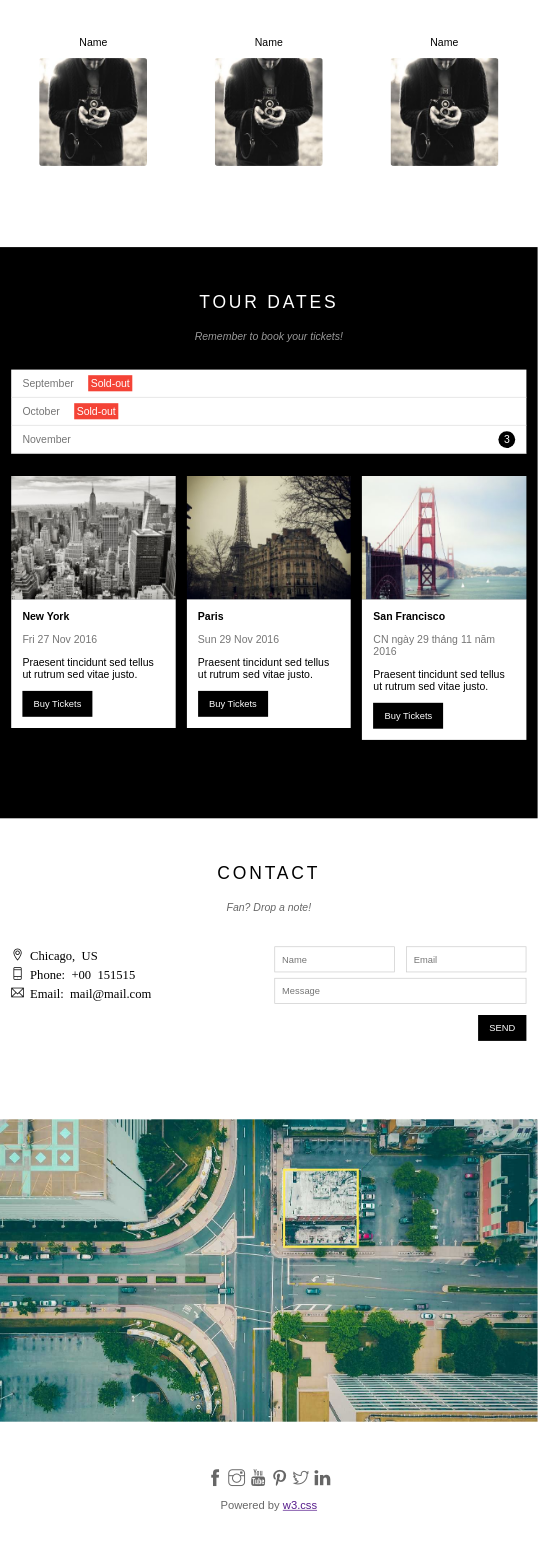
Repository: BillLee2000/w3-band
Page: index.html
The author's editor kept a copy of each file at every save. The page is drawn from the files as they stood at one save, then again after the next save.
The browser window is 768 px wide. The pictures show the part of the page from y = 760 to 3000 px (the page is 2984 px tall before and 3000 px after), at 70% of full size.

Above is the page before, as saved 2021-12-17 06:40:47.

### index.html
<!DOCTYPE html>
<html lang="en">

<head>
    <meta charset="UTF-8">
    <meta http-equiv="X-UA-Compatible" content="IE=edge">
    <meta name="viewport" content="width=device-width, initial-scale=1.0">
    <link rel="icon" href="./assets/favicon/download.jpg" type="image/x-icon" />
    <link rel="stylesheet" href="./assets/css/styles.css">
    <link rel="stylesheet" href="./assets/css/responsive.css">
    <link rel="stylesheet" href="./assets/fonts/themify-icons/themify-icons.css">
    <title>The band</title>
</head>

<body>
    <div id="main">
        <div id="header">
            <ul id="nav">
                <!-- ul#nav>li*5>a -->
                <li><a href="#">Home</a></li>
                <li><a href="#band">Band</a></li>
                <li><a href="#tour">Tour</a></li>
                <li><a href="#contact">Contact</a></li>
                <li>
                    <a href="#">
                        More
                        <i class="down ti-angle-down"></i>
                    </a>
                    <ul class="subnav">
                        <li><a href="#">Merchandise</a></li>
                        <li><a href="#">Extras</a></li>
                        <li><a href="#">Media</a></li>
                    </ul>
                </li>
            </ul>
            <div id="mobile-menu" class="mobile-menu-btn">
                <i class="menu-icon ti-menu"></i>
            </div>
            <div class="search-btn">
                <i class="search-icon ti-search"></i>
            </div>
        </div>
        <div id="slide">
            <div class="text-content">
                <h2 class="text-heading">
                    Chicago
                </h2>
                <div class="text-decsription">
                    Thank you, Chicago - A night we won't forget.
                </div>
            </div>
        </div>
        <div id="content">
            <div id="band" class="content-section">
                <h2 class="section-heading">
                    THE BAND
                </h2>
                <p class="section-sub-heading">
                    We love music
                </p>
                <p class="about-text">
                    We have created a fictional band website. Lorem ipsum dolor sit amet, consectetur adipiscing elit,
                    sed do eiusmod tempor incididunt ut labore et dolore magna aliqua. Ut enim ad minim veniam, quis
                    nostrud exercitation ullamco laboris nisi ut aliquip ex ea commodo consequat. Duis aute irure dolor
                    in reprehenderit in voluptate velit esse cillum dolore eu fugiat nulla pariatur. Excepteur sint
                    occaecat cupidatat non proident, sunt in culpa qui officia deserunt mollit anim id est laborum
                    consectetur adipiscing elit, sed do eiusmod tempor incididunt ut labore et dolore magna aliqua. Ut
                    enim ad minim veniam, quis nostrud exercitation ullamco laboris nisi ut aliquip ex ea commodo
                    consequat
                </p>
                <div class="row nembers-list">
                    <div class="col col-third s-col-full mt-32 text-center">
                        <p class="member-name">
                            Name
                        </p>
                        <img src="./assets/img/band/member1.jpg" alt="Name" class="member-img">
                    </div>
                    <div class="col col-third s-col-full mt-32 text-center">
                        <p class="member-name">
                            Name
                        </p>
                        <img src="./assets/img/band/member1.jpg" alt="Name" class="member-img">
                    </div>
                    <div class="col col-third s-col-full mt-32 text-center">
                        <p class="member-name">
                            Name
                        </p>
                        <img src="./assets/img/band/member1.jpg" alt="Name" class="member-img">
                    </div>
                    <div class="clear"></div>
                </div>
            </div>
            <div id="tour" class="tour-section">
                <div class="content-section">
                    <h2 class="section-heading text-white">
                        TOUR DATES
                    </h2>
                    <p class="section-sub-heading text-white">
                        Remember to book your tickets!
                    </p>
                    <ul class="stickets-list">
                        <li>September <span class="sold-out">Sold-out</span></li>
                        <li>October <span class="sold-out">Sold-out</span></li>
                        <li>November <span class="quantity">3</span></li>
                    </ul>
                    <div class="row places-list">
                        <div class="col col-third s-col-full mt-16">
                            <img src="./assets/img/places/place1.jpg" alt="New York" class="place-img">
                            <div class="place-content">
                                <h3 class="place-heading">
                                    New York
                                </h3>
                                <p class="place-time">
                                    Fri 27 Nov 2016
                                </p>
                                <p class="place-description">
                                    Praesent tincidunt sed tellus ut rutrum sed vitae justo.
                                </p>
                                <button class="btn js-buy-ticket s-full-with">Buy Tickets</button>
                            </div>
                        </div>
                        <div class="col col-third s-col-full mt-16">
                            <img src="./assets/img/places/place2.jpg" alt="New York" class="place-img">
                            <div class="place-content">
                                <h3 class="place-heading">
                                    Paris
                                </h3>
                                <p class="place-time">
                                    Sun 29 Nov 2016
                                </p>
                                <p class="place-description">
                                    Praesent tincidunt sed tellus ut rutrum sed vitae justo.
                                </p>
                                <button class="btn js-buy-ticket s-full-with">Buy Tickets</button>
                            </div>
                        </div>
                        <div class="col col-third s-col-full mt-16">
                            <img src="./assets/img/places/place3.jpg" alt="New York" class="place-img">
                            <div class="place-content">
                                <h3 class="place-heading">
                                    San Francisco
                                </h3>
                                <p class="place-time">
                                    CN ngày 29 tháng 11 năm 2016
                                </p>
                                <p class="place-description">
                                    Praesent tincidunt sed tellus ut rutrum sed vitae justo.
                                </p>
                                <button class="btn js-buy-ticket s-full-with">Buy Tickets</button>
                            </div>
                        </div>
                        <div class="clear"></div>
                    </div>
                </div>
            </div>
            <div id="contact" class="content-section">
                <h2 class="section-heading">
                    CONTACT
                </h2>
                <p class="section-sub-heading">
                    Fan? Drop a note!
                </p>
                <div class="row contact-content">
                    <div class="col col-half s-col-full contact-info">
                        <p><i class="ti-location-pin"> Chicago, US</i></p>
                        <p><i class="ti-mobile"> Phone: +00 151515</i></p>
                        <p><i class="ti-email"> Email: mail@mail.com</i></p>
                    </div>
                    <div class="col col-half s-col-full contact-form">
                        <form action="">
                            <div class="row">
                                <div class="col col-half s-col-full">
                                    <input placeholder="Name" type="text" name="" required id="" class="form-control">
                                </div>
                                <div class="col col-half s-col-full s-mt-8">
                                    <input placeholder="Email" type="email" name="" required id="" class="form-control">
                                </div>

                            </div>
                            <div class="row mt-8">
                                <div class="col col-full">
                                    <input placeholder="Message" type="text" name="" required id=""
                                        class="form-control">
                                </div>
                            </div>
                            <input class="btn mt-16 pull-right s-full-with " type="submit" value="SEND">
                        </form>
                    </div>
                </div>
            </div>
            <div class="map-section">
                <img src="./assets/img/map.jpg" alt="map">
            </div>

        </div>
        <div id="footer">
            <div class="social-list">
                <a href=""><i class="ti-facebook"></i></a>
                <a href=""><i class="ti-instagram"></i></a>
                <a href=""><i class="ti-youtube"></i></a>
                <a href=""><i class="ti-pinterest"></i></a>
                <a href=""><i class="ti-twitter"></i></a>
                <a href=""><i class="ti-linkedin"></i></a>
            </div>
            <p class="copyright">Powered by <a href="">w3.css</a></p>
        </div>
        <div class="modal js-modal">
            <div class="modal-container js-modal-container">
                <div class="modal-close js-modal-close">
                    <i class="ti-close"></i>
                </div>
                <header class="modal-header">
                    <i class="modal-heading-icon ti-bag"></i>
                    Tickets
                </header>
                <div class="modal-body">
                    <label for="tickets-quantity" class="modal-tickets">
                        <i class="ti-shopping-cart"></i>
                        Tickets, $15 per person
                    </label>
                    <input type="text" id="tickets-quantity" class="modal-input" placeholder="How many?">
                    <label for="tickets-email" class="modal-tickets">
                        <i class="ti-user"></i>
                        Send to
                    </label>
                    <input id="tickets-email" type="email" class="modal-input" placeholder="Enter email...">
                    <button id="buy-tickets">
                        Pay <i class="ti-check"></i>
                    </button>
                </div>
                <footer class="modal-footer">
                    <p class="modal-help">Need <a href="" class="">help?</a></p>
                </footer>
            </div>
        </div>
    </div>
    <script>
        const buyBtns = document.querySelectorAll('.js-buy-ticket') /* Lấy 3 giá trị của nut buy tickets đẩy vào buyBtns */
        const modal = document.querySelector('.js-modal') /* thêm class modal vào hằng */
        const modalClose = document.querySelector('.js-modal-close')
        const modalConainer = document.querySelector('.js-modal-container')
        function showBuyTicket() {
            /*  alert("Show") */ /* bật lên hộp thoại */
            modal.classList.add('open') /* add thêm class open vào sau modal bật của sổ hiển thị lên */
        }
        function hideBuyTicket() {
            /*  alert("Show") */ /* bật lên hộp thoại */
            modal.classList.remove('open') /* remove class open vào sau modal close để đóng cửa sổ hiển thị */
        }
        for (const buyBtn of buyBtns) {/* Vòng lặp cho từng nút(button) chạy 3 lần */
            buyBtn.addEventListener('click', showBuyTicket)/* Khi click vào ô buyTickKets sẽ chuyển đến hàm show.. */
        }
        modalClose.addEventListener('click', hideBuyTicket)
        modal.addEventListener('click', hideBuyTicket)
        modalConainer.addEventListener('click', function (event) {
            event.stopPropagation() //ngừng event nổi bọt lại
        })
    </script>
    <script>
        var header = document.getElementById('header');
        var mobileMenu = document.getElementById('mobile-menu');
        /* console.log(mobileMenu) */
        var headerHeight = header.clientHeight;
        // Dong mo mobile menu
        mobileMenu.onclick = function (){
            /* alert('Thong Bao'); */
            var isClosed = header.clientHeight === headerHeight;
            if (isClosed) {
                header.style.height = 'auto';
            }else{
                header.style.height = null;
            }
        }
        //tu dong dong khi chon menu
        var menuItems = document.querySelectorAll('#nav li a[href*="#"]');
        /* console.log(menuItems); */
        for (var i = 0;i<menuItems.length;i++){
            var menuItem = menuItems[i];
            menuItem.onclick = function(event){
                var isParentMenu = this.nextElementSibling && this.nextElementSibling.classList.contains('subnav');
                if(isParentMenu){
                    event.preventDefault();
                }else{
                    header.style.height = null;
                }
            }
        }
    </script>
</body>

</html>

### assets/css/styles.css
/* reset css */

* {
    padding: 0;
    margin: 0;
    box-sizing: border-box;
}

html {
    scroll-behavior: smooth; /* //hành động cuộn */
    font-family: Arial, Helvetica, sans-serif;
    /* font chu in dam */
}

#main {}

.text-white{
    color: #fff !important;
}
.row{
    margin-left: -8px;
    margin-right: -8px;
}
.row::after {
    content: "";
    display: block;
    clear: both;
}
.mt-8{
    margin-top: 8px !important;
}
.mt-16{
    margin-top: 16px !important;
}
.mt-32{
    margin-top: 32px;
}
.col {
    float: left;
    padding-left: 8px;
    padding-right: 8px;
}
.col-half{
    width: 50%;
}
.col-third{
    width: 33.33333%;
}
.col-full {
    width: 100%;
}
.text-center {
    text-align: center !important;
}

#header {
    height: 46px;
    background-color: black;
    position: fixed;
    top: 0;
    left: 0;
    right: 0;
    z-index: 1;
}
#header .mobile-menu-btn {
    position: absolute;
    top: 0;
    right: 0;
    display: none;
}
#header .mobile-menu-btn,
#header .search-btn {
    float: right;
    padding: 0 21px;
}
#header .mobile-menu-btn:hover {
    background-color: #ccc;
}
#header .mobile-menu-btn:hover .menu-icon {
    color: #000;
}
#header .search-btn:hover {
    background-color: #f44336;
    cursor: pointer;
}
#header .menu-icon,
#header .search-icon {
    color: #fff;
    line-height: 46px;
}

#nav {
    display: inline-block;
}

#nav>li {
    display: inline-block;
}

#nav li {
    position: relative;
}

#nav .down {
    font-size: 14px;
}

#nav>li>a {
    color: #fff;
    text-transform: uppercase;
}

#nav li a {
    text-decoration: none;
    line-height: 46px;
    padding: 0 24px;
    display: block;
}

#nav .subnav li:hover a,
#nav>li:hover>a {
    color: #000;
    background-color: #ccc;
}

#nav li:hover .subnav {
    display: block;
}

#nav,
.subnav {
    list-style-type: none;
    /* bor dau cham dau dong */
}

#nav .subnav {
    display: none;
    min-width: 160px;
    top: 100%;
    left: 0;
    position: absolute;
    background-color: #fff;
    box-shadow: 0 0 10px rgba(0, 0, 0, 0.3);
}

#nav .subnav a {
    color: #000;
    padding: 0 12px;
    line-height: 38px;
}

#slide {
    margin-top: 46px;
    padding-top: 50%;
    background: url("/assets/img/slider/slider1.jpg") top center / cover no-repeat;
    position: relative;
}

#slide .text-content {
    color: #fff;
    position: absolute;
    left: 50%;
    bottom: 47px;
    transform: translate(-50%);
    /* Cách 1 */
    /* Width: 100%; */
    /* cach 2 */
    /* Cách 3: left: 0; right: 0; */
    text-align: center;
}

#slide .text-heading {
    font-size: 24px;
    font-weight: 500;
}

#slide .text-decsription {
    font-size: 15px;
    margin-top: 25px;
}
.pull-right {
    float: right !important;
}
.btn{
    color: #fff;
    background-color: #000;
    text-decoration: none;
    padding: 11px 16px;
    display: inline-block;
    margin-top: 15px;
    border: none;
    text-align: center;

}
.btn:hover {
    cursor: pointer;
    color: #000;
    background-color: #ccc;
}

#content {}

#content .content-section{
    width: 800px;
    max-width: 100%;
    padding: 64px 0 112px;
    margin-left: auto;
    margin-right: auto;
    padding-left: 16px;
    padding-right: 16px;
}
#content .section-heading{
    font-weight: 500;
    text-align: center;/* Can giua */
    font-size: 25px;
    letter-spacing: 4px;/* Khoảng cách các chữ cái */
}
#content .section-sub-heading{
    text-align: center;
    margin-top: 25px;
    font-size: 15px;
    font-style: italic;
    opacity: 0.6;/* Giam 40% đô đậm của chữ */
}
#content .about-text {
    margin-top: 25px;
    text-align: justify;
    line-height: 1.4;
}
#content .nembers-list{
    margin-top: 32px;
}
/* #content .member-item { */
    /* float: left; */
    /* width: calc(100% / 3); */
   /*  width: 33.333333%; */
    /* text-align: center; */
/* } */
#content .member-name{
    font-size: 15px;
}
#content .member-img{
    margin-top: 15px;
    width: 154px;
    border-radius: 4px;
    overflow: hidden;/* Xóa font float:left; */
}
#content .clear{
    clear: both;
}
#content .tour-section{
    background-color: #000;

}
.stickets-list{
    background-color: #fff;
    margin-top: 40px;
    list-style: none;
}
.stickets-list li{
    font-size: 15px;
    padding: 11px 16px;
    border-bottom:  1px solid #ddd;
    color: #757575;
}
.stickets-list .sold-out {
    background-color: #f44336;
    padding: 3px 4px;
    color: #fff;
    margin-left: 16px;
}
.stickets-list .quantity{
    float: right;
    width: 24px;
    height: 24px;
    color: #fff;
    text-align: center;
    line-height: 24px;
    background-color: #000;
    border-radius: 50%;
    margin-top: -3px;
}

.tour-section .places-list{
    margin-top: 16px;
}

.tour-section .place-img{
    width: 100%;
    display: block;
}
.tour-section .place-img:hover{
    opacity: 0.6;
}
.tour-section .place-content{
    background-color: #fff;
    padding: 16px;
    font-size: 15px;
}
.tour-section .place-heading{
    font-weight: 600;
    font-size: 15px;
}
.tour-section .place-time{
    margin-top: 16px;
    color: #757575;
}
.tour-section .place-description{
    margin-top: 16px;
}
.contact-content{
    margin-top: 48px;
}
.contact-form {
    font-size: 15px;
}
.contact-content .contact-info{
    font-size: 18px;
    line-height: 1.5;
}
.contact-form .form-control {
    padding: 10px;
    border: 1px solid #ccc;
    width: 100%;
    outline: none;
}
.contact-info i[class*="ti-"] {
    width: 30px;
}

#footer {}

.modal {
    position: fixed;
    top: 0;
    left: 0;
    right: 0;
    bottom: 0;
    background: rgba(0, 0, 0, 0.4);
    display: none;
    align-items: center;
    justify-content: center;

}

.modal.open {
    display: flex;
}

.modal-container{
    width: 900px;
    min-height: 200px;
    background-color: #fff;
    position: relative;
    max-width: calc(100% - 32px);
    animation: modalFadeIn ease 0.5s;
}
.modal .modal-close{
    position: absolute;
    right: 0;
    top: 0;
    color: #fff;
    padding: 12px;
    cursor: pointer;
    opacity: 0.8;
}
.modal-close:hover{
    opacity: 1;
    background-color: #ccc;
}
.modal .modal-header{
    background-color: #009688;
    height: 130px;
    display: flex;
    align-items: center;
    justify-content: center;
    font-size: 30px;
    color: #fff;
}
.modal-body{
    padding: 16px;
}
.modal-tickets{
    display: block;
    font-size: 15px;
    margin-bottom: 15px;
}
.modal-input{
    border: 1px solid #ccc;
    width: 100%;
    padding: 10px;
    font-size: 15px;
    margin-bottom: 24px;
}
.modal-heading-icon{
    margin-right: 16px;
}
#buy-tickets{
    color: #fff;
    background: #009688;
    border: none;
    width: 100%;
    font-size: 15px;
    text-transform: uppercase;
    padding: 18px;
}
#buy-tickets:hover {
    cursor: pointer;
    opacity: 0.9;
}
.map-section img {
    width: 100%;
}
#footer {
    padding: 64px 16px;
    text-align: center;
}
#footer .social-list {
    font-size: 24px;
}
#footer .social-list a {
    color: rgba(0 ,0 ,0 ,0.6);
    text-decoration: none;
}
#footer .copyright a:hover,
#footer .social-list a:hover {
    color: rgba(0 ,0 ,0 ,0.4);
}
#footer .copyright {
    margin-top: 15px;
    color: rgba(0 ,0 ,0 ,0.6);
}
.modal-footer {
    padding: 16px;
    text-align: right;
}
.modal-footer a {
    color: #2196F3;
}
@keyframes modalFadeIn{
    from {
        opacity: 0;
        transform: translateY(-140px);
    }
    to{
        opacity: 1;
        transform: translateY(0);
    }
}
/* PC */
@media(min-width: 1024px){

}
/* Tablet */
@media (min-width: 740px) and (max-width:1023px){

}
@media(max-width: 740px){

}

### assets/css/responsive.css
/* PC */
@media(min-width: 1024px){
/*Tablet and mobile */
@media(max-width: 1023px) {

}
}
/* Tablet */
@media (min-width: 740px) and (max-width:1023px){

}
/* Mobile */
@media(max-width: 740px){
    .s-full-with,
    .s-col-full {
        width: 100% !important;
    }
    .s-mt-8{
        margin-top: 8px !important;
    }
    #nav {
        display: block;
    }
    #nav>li {
        display: block;
    }
    #nav li a {
        padding: 1px 24px;
    }
    #nav > li:first-child {
        display: inline-block;
    }
    #nav .subnav {
        position: initial;
        background-color: #333;
    }

    #content .member-img {
        width: 60%;
    }
    #content .about-text {

    }
    #nav .subnav a {
        color: #fff;
        padding: 5px 41px;
    }
    #header {
        overflow: hidden;
    }
    #header .mobile-menu-btn {
        display: block;
    }
    #header .search-btn {
        display: none;
    }
    .contact-form {
        margin-top: 16px;
    }
}

Loaded but not shown: assets/fonts/themify-icons/themify-icons.css (common file)

After the next save:
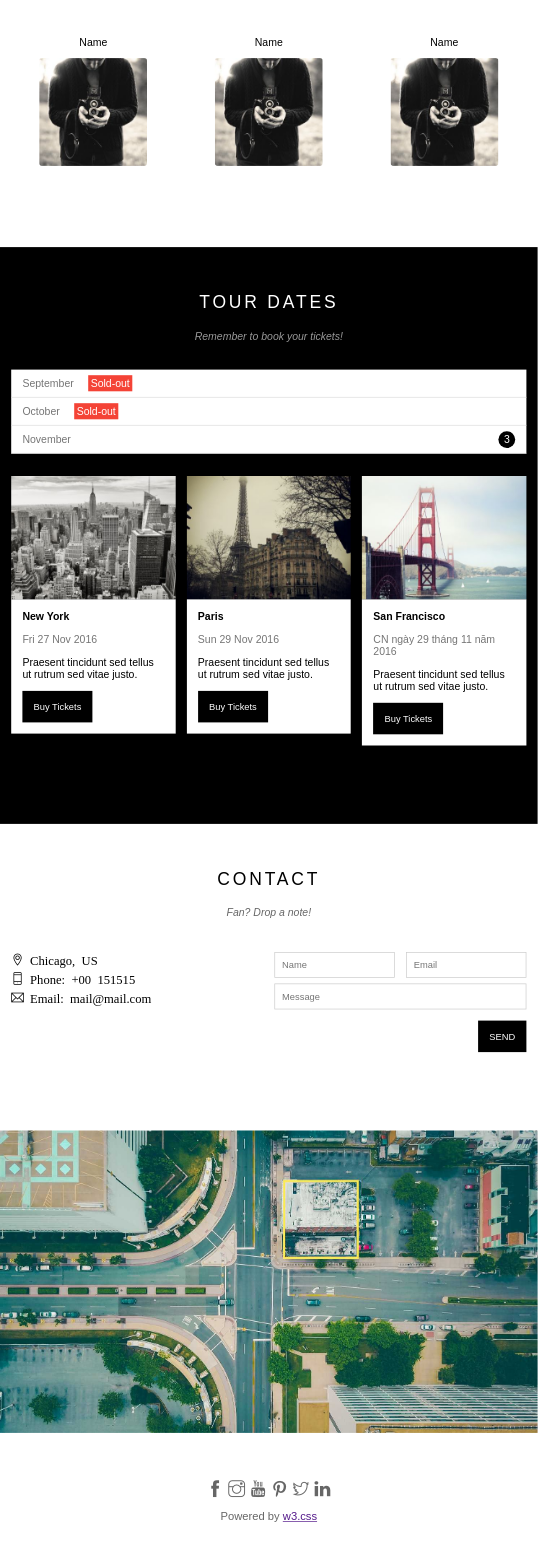
Saved 50 s later.
--- a/assets/css/responsive.css
+++ b/assets/css/responsive.css
@@ -1,10 +1,14 @@
 /* PC */
 @media(min-width: 1024px){
+}
 /*Tablet and mobile */
 @media(max-width: 1023px) {
+    .btn {
+        padding: 15px 16px;
+    }
+}
 
-}
-}
+
 /* Tablet */
 @media (min-width: 740px) and (max-width:1023px){
 
